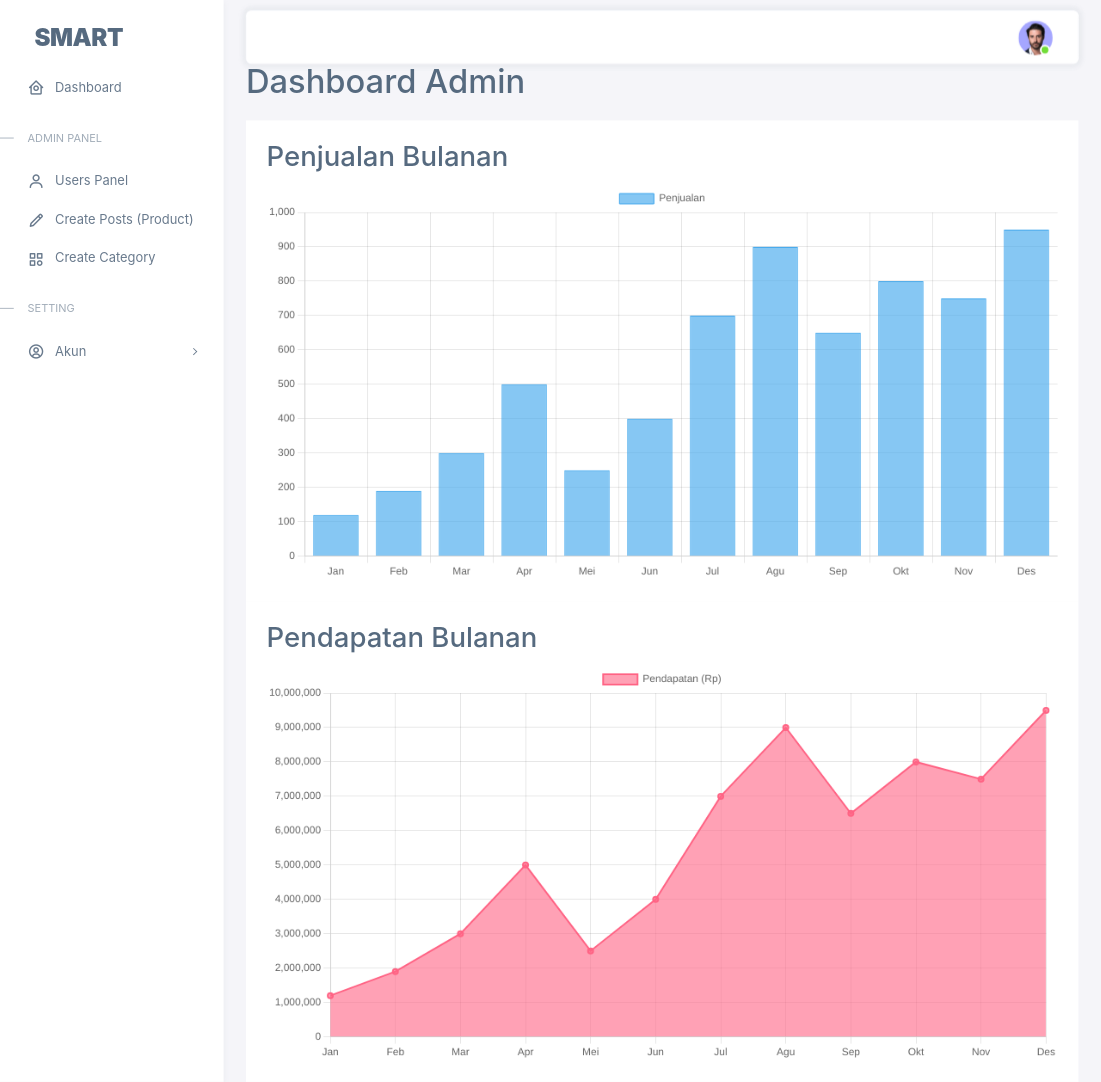
Repository: athalantis/SMart
Page: http://localhost/dashmind.php
These files come from the project's save history. The page is drawn as it stood at one moment and after the next save; the edit follows.
The browser window is 1280 px wide. The pictures show the whole page, at 86% of full size.
Some web fonts or font styles are not loaded; a fallback is used. The page is run by PHP 8.4 with error messages shown; the project is at /var/www/html/. The session is filled in as if someone had signed in: {"username": "testuser", "name": "Test User", "role": "admin", "user_id": 1}.

Above is the page before, as saved 2025-03-28 09:18:22.

After the next save:
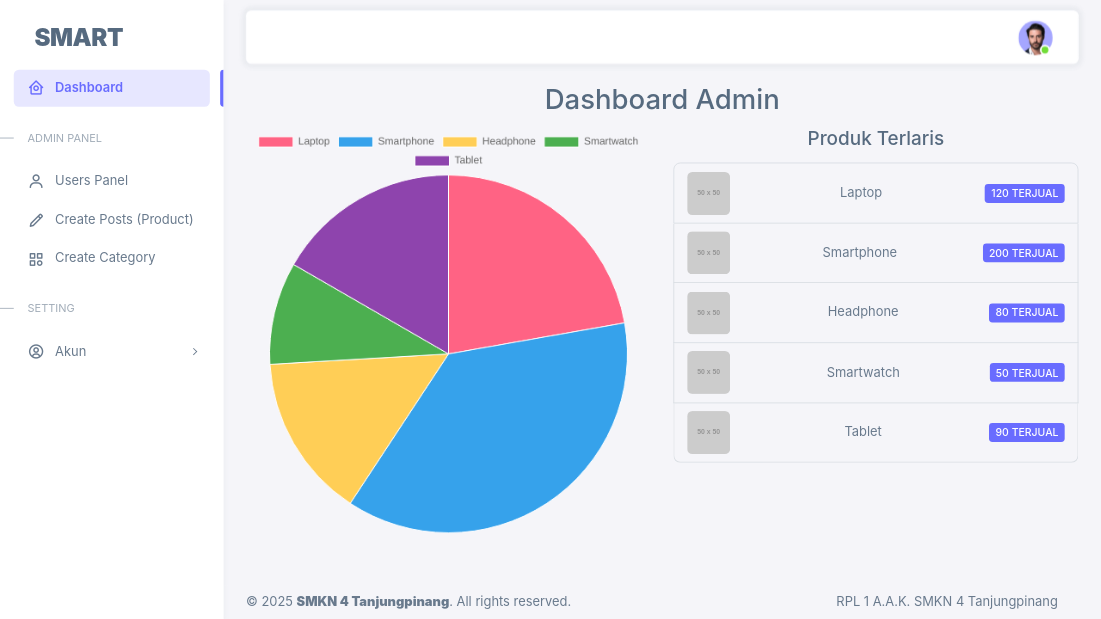
Saved 2 min 11 s later.
--- a/dashmind.php
+++ b/dashmind.php
@@ -4,78 +4,68 @@ $title = "Admin's Dashboard";
 include '.includes/toast_notification.php';
 ?>
 
-<div class="container mx-auto p-6">
-    <h1 class="text-2xl font-bold mb-4">Dashboard Admin</h1>
+<div class="container mt-4">
+    <h2 class="mb-3 text-center">Dashboard Admin</h2>
 
-    <div class="grid grid-cols-1 md:grid-cols-2 gap-6">
-        <!-- Chart Penjualan Bulanan -->
-        <div class="bg-white shadow-md p-4 rounded-lg">
-            <h2 class="text-lg font-semibold mb-3">Penjualan Bulanan</h2>
+    <div class="row">
+        <!-- Chart -->
+        <div class="col-md-6">
             <canvas id="salesChart"></canvas>
         </div>
 
-        <!-- Chart Pendapatan -->
-        <div class="bg-white shadow-md p-4 rounded-lg">
-            <h2 class="text-lg font-semibold mb-3">Pendapatan Bulanan</h2>
-            <canvas id="revenueChart"></canvas>
+        <!-- Dummy Data Produk -->
+        <div class="col-md-6">
+            <h4 class="text-center">Produk Terlaris</h4>
+            <ul class="list-group">
+                <?php
+                // Dummy data produk
+                $products = [
+                    ["name" => "Laptop", "sold" => 120],
+                    ["name" => "Smartphone", "sold" => 200],
+                    ["name" => "Headphone", "sold" => 80],
+                    ["name" => "Smartwatch", "sold" => 50],
+                    ["name" => "Tablet", "sold" => 90]
+                ];
+
+                // Loop untuk menampilkan daftar produk
+                for ($i = 0; $i < count($products); $i++) {
+                    echo '<li class="list-group-item d-flex justify-content-between align-items-center">';
+                    echo '<img src="https://via.placeholder.com/50" alt="Product Image" class="rounded me-2">';
+                    echo '<span>' . $products[$i]["name"] . '</span>';
+                    echo '<span class="badge bg-primary">' . $products[$i]["sold"] . ' terjual</span>';
+                    echo '</li>';
+                }
+                ?>
+            </ul>
         </div>
     </div>
 </div>
 
-<!-- Script Chart.js -->
+<!-- Chart.js -->
 <script src="https://cdn.jsdelivr.net/npm/chart.js"></script>
 <script>
-    // Dummy data penjualan
-    const labels = ["Jan", "Feb", "Mar", "Apr", "Mei", "Jun", "Jul", "Agu", "Sep", "Okt", "Nov", "Des"];
-    const salesData = [120, 190, 300, 500, 250, 400, 700, 900, 650, 800, 750, 950];
-    const revenueData = salesData.map(sales => sales * 10000); // Pendapatan (contoh: harga 10.000 per unit)
+document.addEventListener("DOMContentLoaded", function() {
+    var ctx = document.getElementById('salesChart').getContext('2d');
 
-    // Chart Penjualan Bulanan
-    const ctx1 = document.getElementById('salesChart').getContext('2d');
-    new Chart(ctx1, {
-        type: 'bar',
+    var productNames = <?php echo json_encode(array_column($products, 'name')); ?>;
+    var productSales = <?php echo json_encode(array_column($products, 'sold')); ?>;
+
+    var salesChart = new Chart(ctx, {
+        type: 'pie',
         data: {
-            labels: labels,
+            labels: productNames,
             datasets: [{
-                label: 'Penjualan',
-                data: salesData,
-                backgroundColor: 'rgba(54, 162, 235, 0.6)',
-                borderColor: 'rgba(54, 162, 235, 1)',
+                label: 'Produk Terjual',
+                data: productSales,
+                backgroundColor: ['#FF6384', '#36A2EB', '#FFCE56', '#4CAF50', '#8E44AD'],
                 borderWidth: 1
             }]
         },
         options: {
-            responsive: true,
-            scales: {
-                y: {
-                    beginAtZero: true
-                }
-            }
+            responsive: true
         }
     });
+});
+</script>
 
-    // Chart Pendapatan Bulanan
-    const ctx2 = document.getElementById('revenueChart').getContext('2d');
-    new Chart(ctx2, {
-        type: 'line',
-        data: {
-            labels: labels,
-            datasets: [{
-                label: 'Pendapatan (Rp)',
-                data: revenueData,
-                backgroundColor: 'rgba(255, 99, 132, 0.6)',
-                borderColor: 'rgba(255, 99, 132, 1)',
-                borderWidth: 2,
-                fill: true
-            }]
-        },
-        options: {
-            responsive: true,
-            scales: {
-                y: {
-                    beginAtZero: true
-                }
-            }
-        }
-    });
-</script>
+<?php include (".includes/footer.php"); ?>
